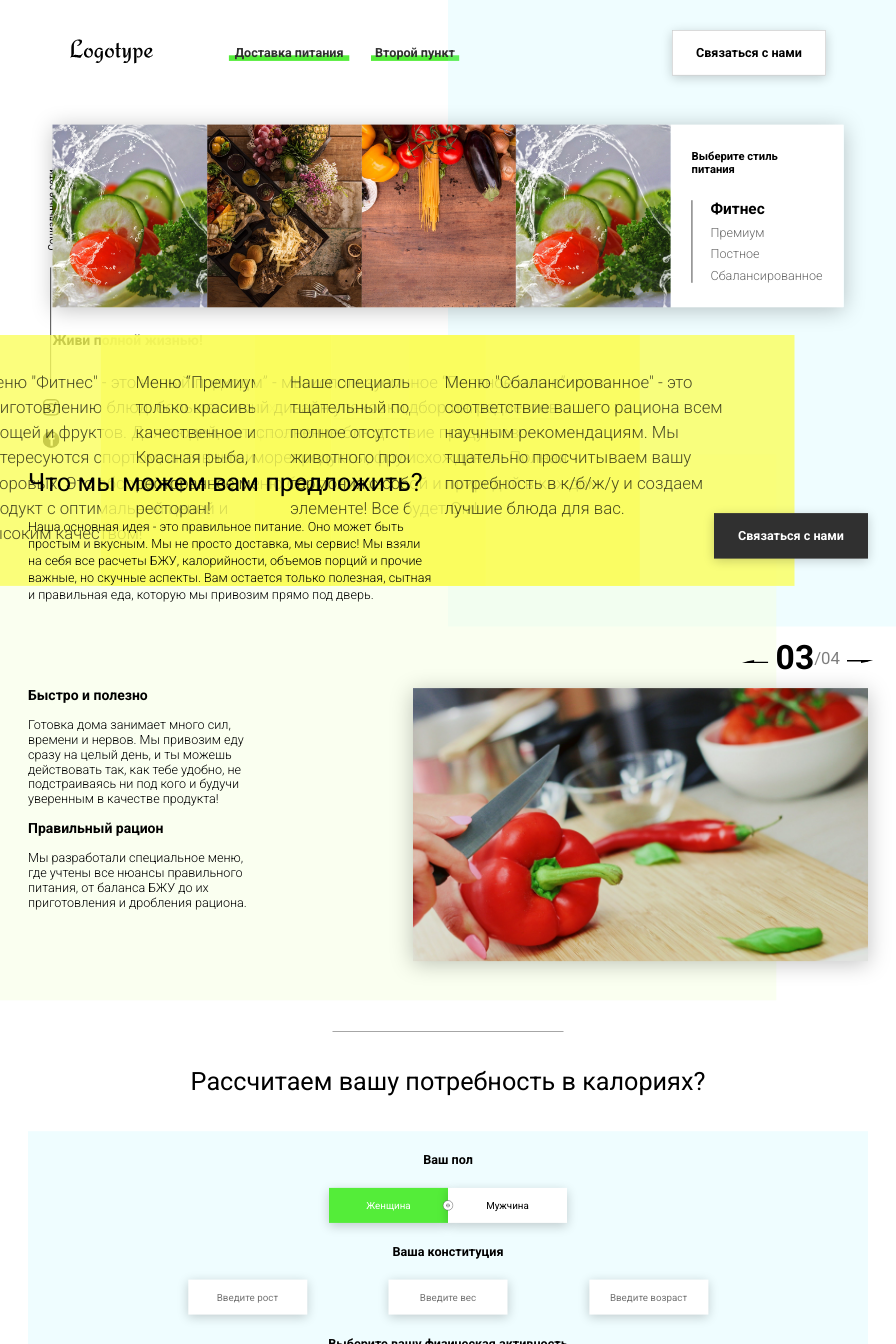
Repository: timSkot/udemy
Page: Создаем табы в новом проекте/index.html
An editor plug-in stored every save of this project. The page is shown before and after the next save, followed by the edit.
The browser window is 1280 px wide. The pictures show the part of the page from y = 0 to 1920 px (the page is 3967 px tall before and 4251 px after), at 70% of full size.

Above is the page before, as saved 2021-01-22 16:47:19.
Console error: TypeError: tabsContent.forEachitem is not a function

After the next save:
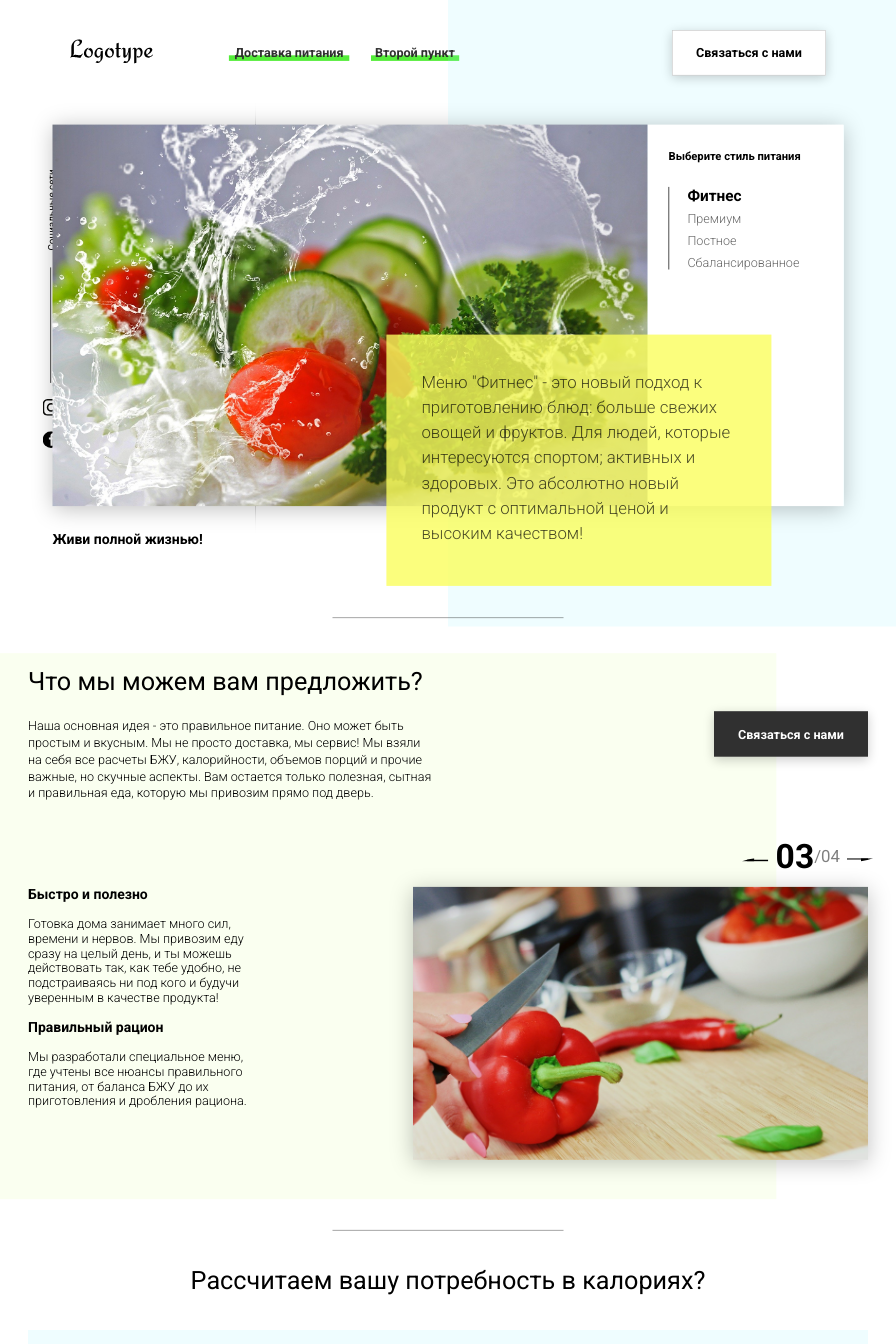
The error is gone.
Saved 103 s later.
--- a/Создаем табы в новом проекте/js/script.js
+++ b/Создаем табы в новом проекте/js/script.js
@@ -6,7 +6,7 @@ window.addEventListener('DOMContentLoaded', () => {
           tabsParent = document.querySelector('.tabheader__items');
 
     function hideTabContent() {
-        tabsContent.forEachitem(item => {
+        tabsContent.forEach(item => {
             item.style.display = 'none';
         });
 
